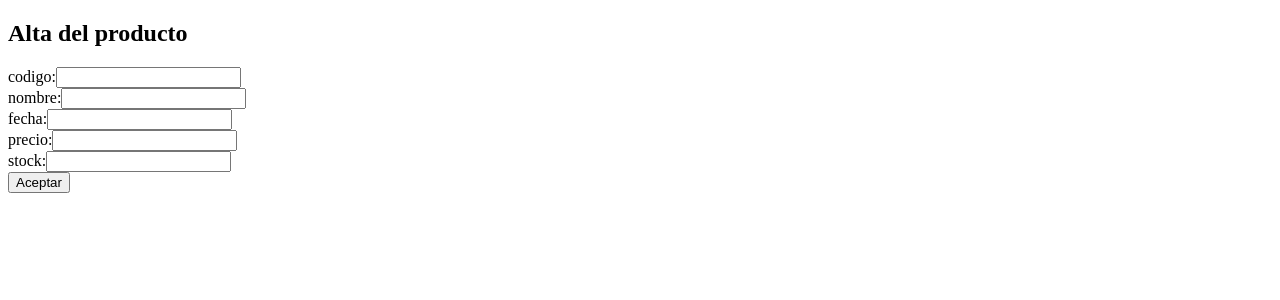
Repository: jaimedelgado/Formacion-JAVA
Page: http://localhost/gestionProductosSpring/alta
These files come from the project's save history. The page is drawn as it stood at one moment and after the next save; the edit follows.
The browser window is 1280 px wide. The pictures show the whole page.
The page is served by Tomcat 9. Other server files are loaded and not shown.

Above is the page before, as saved 2015-10-29 13:12:18.

### gestionProductosSpring/webapp/WEB-INF/jsp/alta.jsp
<%@ page language="java" contentType="text/html; charset=ISO-8859-1"
    pageEncoding="ISO-8859-1"%>
<!DOCTYPE html PUBLIC "-//W3C//DTD HTML 4.01 Transitional//EN" "http://www.w3.org/TR/html4/loose.dtd">
<html>
	<head>
		<meta http-equiv="Content-Type" content="text/html; charset=ISO-8859-1">
		<title>Alta del producto</title>
	</head>
	<body>
		<h2>Alta del producto</h2>

			<form action="altaProducto">
			codigo:<input type="text" name="codigo"/><br/>
			nombre:<input type="text" name="nombre"/><br/>
			fecha:<input type="text" name="fecha"/><br/>
			precio:<input type="text" name="precio"/><br/>
			stock:<input type="text" name="stock"/><br/>
			<input type="submit" value="Aceptar"/>
		</form>
	</body>
</html>

After the next save:
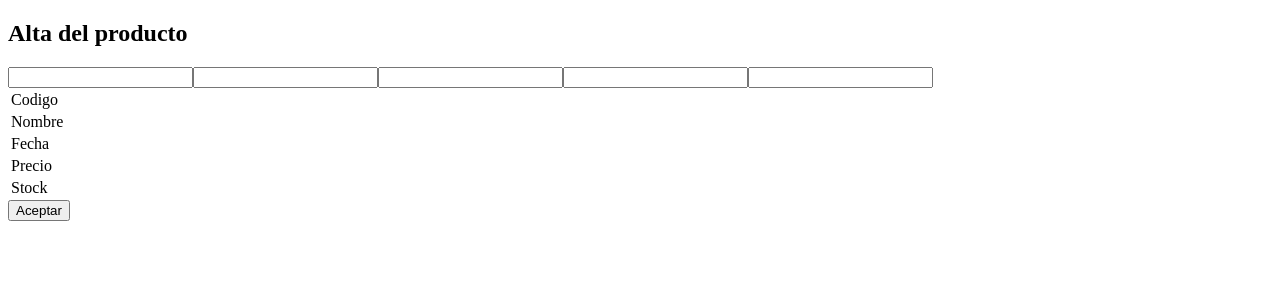
Saved 2 min 4 s later.
--- a/gestionProductosSpring/webapp/WEB-INF/jsp/alta.jsp
+++ b/gestionProductosSpring/webapp/WEB-INF/jsp/alta.jsp
@@ -10,11 +10,13 @@
 		<h2>Alta del producto</h2>
 
 			<form action="altaProducto">
-			codigo:<input type="text" name="codigo"/><br/>
-			nombre:<input type="text" name="nombre"/><br/>
-			fecha:<input type="text" name="fecha"/><br/>
-			precio:<input type="text" name="precio"/><br/>
-			stock:<input type="text" name="stock"/><br/>
+				<table>
+					<tr><td>Codigo</td><input type="text" name="codigo"/></tr>
+					<tr><td>Nombre</td><input type="text" name="nombre"/></tr>
+					<tr><td>Fecha</td><input type="text" name="fecha"/></tr>
+					<tr><td>Precio</td><input type="text" name="precio"/></tr>
+					<tr><td>Stock</td><input type="text" name="stock"/></tr>
+				</table>
 			<input type="submit" value="Aceptar"/>
 		</form>
 	</body>
